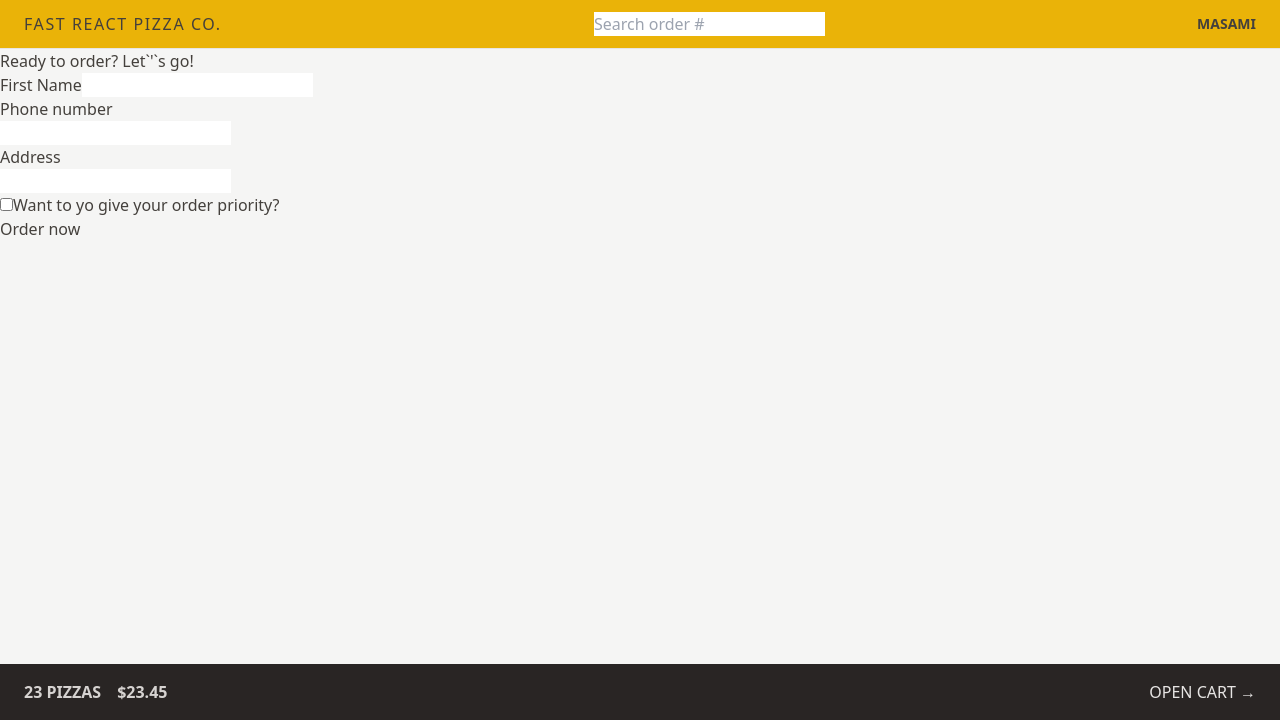
Repository: masamichan/pizza-vite
Page: /order/new
These files come from the project's save history. The page is drawn as it stood at one moment and after the next save; the edit follows.
The browser window is 1280 px wide. The pictures show the whole page.
The project was rebuilt for these pictures with package versions that can differ from the ones it lists, and the page was loaded fresh each time. Also part of the build but not shown: vite.config.js, src/ui/Home.jsx, src/utils/helpers.js, src/features/menu/MenuItem.jsx, src/features/menu/Menu.jsx, src/features/cart/Cart.jsx, src/features/order/Order.jsx, src/ui/Loader.jsx and 1 more. Imported but missing from the stored project, and not drawn on this page: src/features/user/CreateUser.

Above is the page before, as saved 2023-12-22 10:57:03.

### src/App.jsx
import { RouterProvider, createBrowserRouter } from "react-router-dom"
import Home from './ui/Home'
import Menu, {loader as menuLoader} from './features/menu/Menu';
import Cart from './features/cart/Cart';
import CreateOrder, {action as createOrderAction} from './features/order/CreateOrder';
import Order, {loader as orderLoader} from "./features/order/Order"
import AppLayout from "./ui/AppLayout";
import Error from "./ui/Error"

const router = createBrowserRouter([
  {
    element: <AppLayout />,
    errorElement: <Error />,
    children: [
  { path: "/", element: <Home/>},
  { path: "/menu", element: <Menu />, loader: menuLoader, errorElement: <Error />},
  {path: "/cart",element: <Cart />},
  {path: "/order/new",element: <CreateOrder />, action: createOrderAction},
  {path: "/order/:orderId", element: <Order />, loader: orderLoader, errorElement: <Error />}
    ],
  },
])




function App() {
  return <RouterProvider router={router} />
}

export default App

### src/features/order/CreateOrder.jsx
import { useState } from "react";
import { Form, redirect, useActionData, useNavigation } from "react-router-dom";
import { createOrder } from "../../services/apiRestaurant";

// https://uibakery.io/regex-library/phone-number
const isValidPhone = (str) =>
  /^\+?\d{1,4}?[-.\s]?\(?\d{1,3}?\)?[-.\s]?\d{1,4}[-.\s]?\d{1,4}[-.\s]?\d{1,9}$/.test(
    str
  );

const fakeCart = [
  {
    pizzaId: 12,
    name: "Mediterranean",
    quantity: 2,
    unitPrice: 16,
    totalPrice: 32,
  },
  {
    pizzaId: 6,
    name: "Vegetale",
    quantity: 1,
    unitPrice: 13,
    totalPrice: 13,
  },
  {
    pizzaId: 11,
    name: "Spinach and Mushroom",
    quantity: 1,
    unitPrice: 15,
    totalPrice: 15,
  },
];

function CreateOrder() {
  const navigation = useNavigation()
  const isSubmitting = navigation.state === "submitting"

  const formErrors = useActionData()


  // const [withPriority, setWithPriority] = useState(false);
  const cart = fakeCart;

  return (
    <div>
      <h2>Ready to order? Let`&apos;`s go!</h2>

      <Form method="POST">
        <div>
          <label>First Name</label>
          <input type="text" name="customer" required />
        </div>

        <div>
          <label>Phone number</label>
          <div>
            <input type="tel" name="phone" required />
          </div>
          {formErrors ?.phone && <p>{formErrors.phone}</p>}
        </div>

        <div>
          <label>Address</label>
          <div>
            <input type="text" name="address" required />
          </div>
        </div>

        <div>
          <input
            type="checkbox"
            name="priority"
            id="priority"
            // value={withPriority}
            // onChange={(e) => setWithPriority(e.target.checked)}
          />
          <label htmlFor="priority">Want to yo give your order priority?</label>
        </div>

        <div>
          <input type="hidden" name="cart" value={JSON.stringify(cart)} />
          <button disabled={isSubmitting}>
            {isSubmitting ? "Placing order..." : "Order now"}
          </button>
        </div>
      </Form>
    </div>
  );
}

export async function action({request}) {
  const formData = await request.formData()
  const data = Object.fromEntries(formData)

  const order = {
    ...data,
    cart: JSON.parse(data.cart),
    priority: data.priority === "on"
  }

  const errors = {}
  if (!isValidPhone(order.phone))
    errors.phone = "Please give us your correct phone number. We might need it to contact you."

  if (Object.keys(errors).length > 0) return errors

  const newOrder = await createOrder(order)

  return redirect(`/order/${newOrder.id}`)
}

export default CreateOrder;

### src/ui/AppLayout.jsx
import Header from './Header';
import Loader from './Loader';
import { Outlet, useNavigation } from 'react-router-dom';
import CartOverview from '../features/cart/CartOverview';

function AppLayout() {
  const navigation = useNavigation();
  const isLoading = navigation.state === 'loading';
  return (
    <div className="grid h-screen grid-rows-[auto_1fr_auto]">
      {isLoading && <Loader />}

      <Header />
      <div>
        <main className="overflow-scroll">
          <Outlet />
        </main>
      </div>
      <CartOverview />
    </div>
  );
}

export default AppLayout;

### src/services/apiRestaurant.js
const API_URL = 'https://react-fast-pizza-api.onrender.com/api';

export async function getMenu() {
  const res = await fetch(`${API_URL}/menu`);

  // fetch won't throw error on 400 errors (e.g. when URL is wrong), so we need to do it manually. This will then go into the catch block, where the message is set
  if (!res.ok) throw Error('Failed getting menu');

  const { data } = await res.json();
  return data;
}

export async function getOrder(id) {
  const res = await fetch(`${API_URL}/order/${id}`);
  if (!res.ok) throw Error(`Couldn't find order #${id}`);

  const { data } = await res.json();
  return data;
}

export async function createOrder(newOrder) {
  try {
    const res = await fetch(`${API_URL}/order`, {
      method: 'POST',
      body: JSON.stringify(newOrder),
      headers: {
        'Content-Type': 'application/json',
      },
    });

    if (!res.ok) throw Error();
    const { data } = await res.json();
    return data;
  } catch {
    throw Error('Failed creating your order');
  }
}

export async function updateOrder(id, updateObj) {
  try {
    const res = await fetch(`${API_URL}/order/${id}`, {
      method: 'PATCH',
      body: JSON.stringify(updateObj),
      headers: {
        'Content-Type': 'application/json',
      },
    });

    if (!res.ok) throw Error();
    // We don't need the data, so we don't return anything
  } catch (err) {
    throw Error('Failed updating your order');
  }
}

### src/ui/Header.jsx
import { Link } from 'react-router-dom';
import SearchOrder from '../features/order/SearchOrder';
import UserName from '../features/user/UserName';

function Header() {
  return (
    <header className="flex items-center justify-between border-b border-stone-200 bg-yellow-500 px-4 py-3 uppercase sm:px-6">
      <Link to="/" className="tracking-widest">
        Fast React Pizza Co.
      </Link>
      <SearchOrder />
      <UserName />
    </header>
  );
}

export default Header;

### src/features/cart/CartOverview.jsx
import { Link } from 'react-router-dom';

function CartOverview() {
  return (
    <div className="flex items-center justify-between bg-stone-800 px-4 py-4 text-sm uppercase text-stone-200 sm:px-6 md:text-base">
      <p className="sm-space-x-6 space-x-4 font-semibold text-stone-300">
        <span>23 pizzas</span>
        <span>$23.45</span>
      </p>
      <Link to="/cart">Open cart &rarr;</Link>
    </div>
  );
}

export default CartOverview;

### src/features/order/SearchOrder.jsx
import { useState } from "react"
import { useNavigate } from "react-router-dom";

function SearchOrder() {

  const[query, setQuery] = useState('')
  const navigate = useNavigate()

  function handleSubmit(e) {
    e.preventDefault();
    if(!query) return;
    navigate(`/order/${query}`)
    setQuery("");
  }

  return (
    <form onSubmit={handleSubmit}>
      <input
      placeholder="Search order #"
      value={query}
      onChange={(e) => setQuery(e.target.value)}
      />
    </form>
  )
}

export default SearchOrder

### src/features/user/UserName.jsx
function UserName() {
  return <div className="hidden text-sm font-semibold md:block">Masami</div>;
}

export default UserName;

Loaded but not shown: index.html (common file); src/main.jsx (common file); src/index.css (common file); tailwind.config.js (common file)

After the next save:
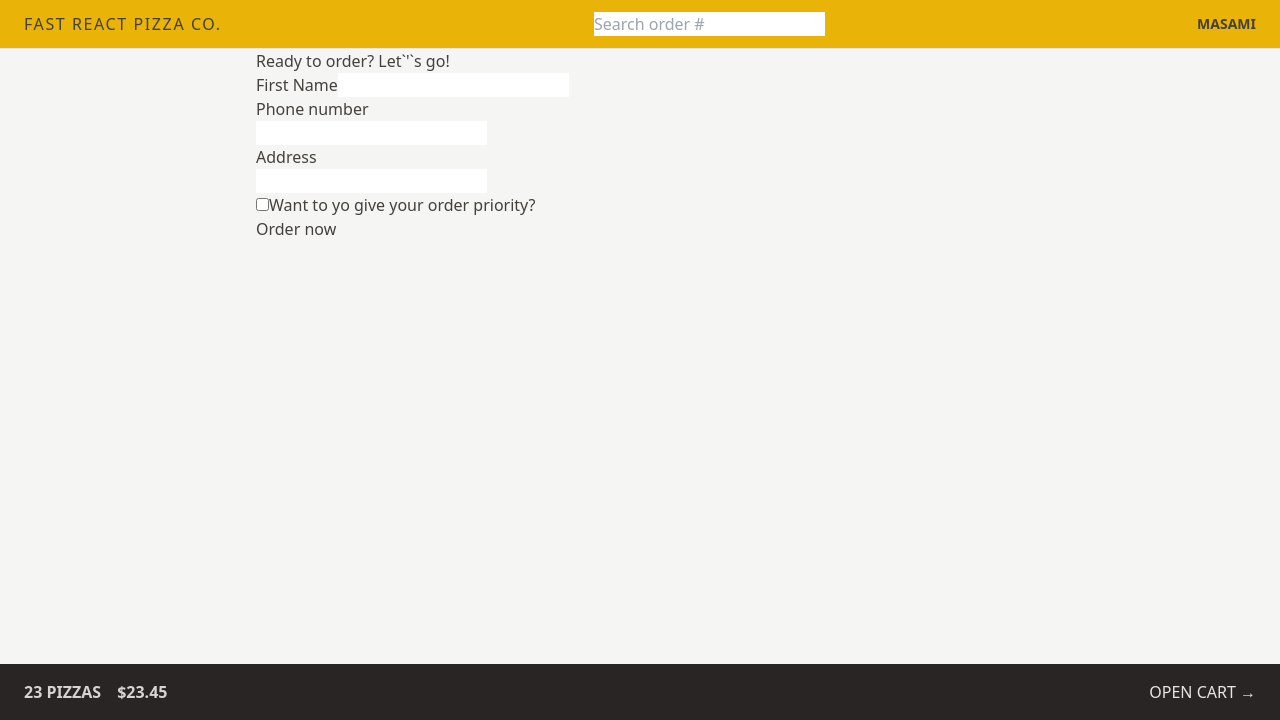
Saved 2 min 50 s later.
--- a/src/ui/AppLayout.jsx
+++ b/src/ui/AppLayout.jsx
@@ -11,8 +11,8 @@ function AppLayout() {
       {isLoading && <Loader />}
 
       <Header />
-      <div>
-        <main className="overflow-scroll">
+      <div className="overflow-scroll">
+        <main className="mx-auto max-w-3xl">
           <Outlet />
         </main>
       </div>
